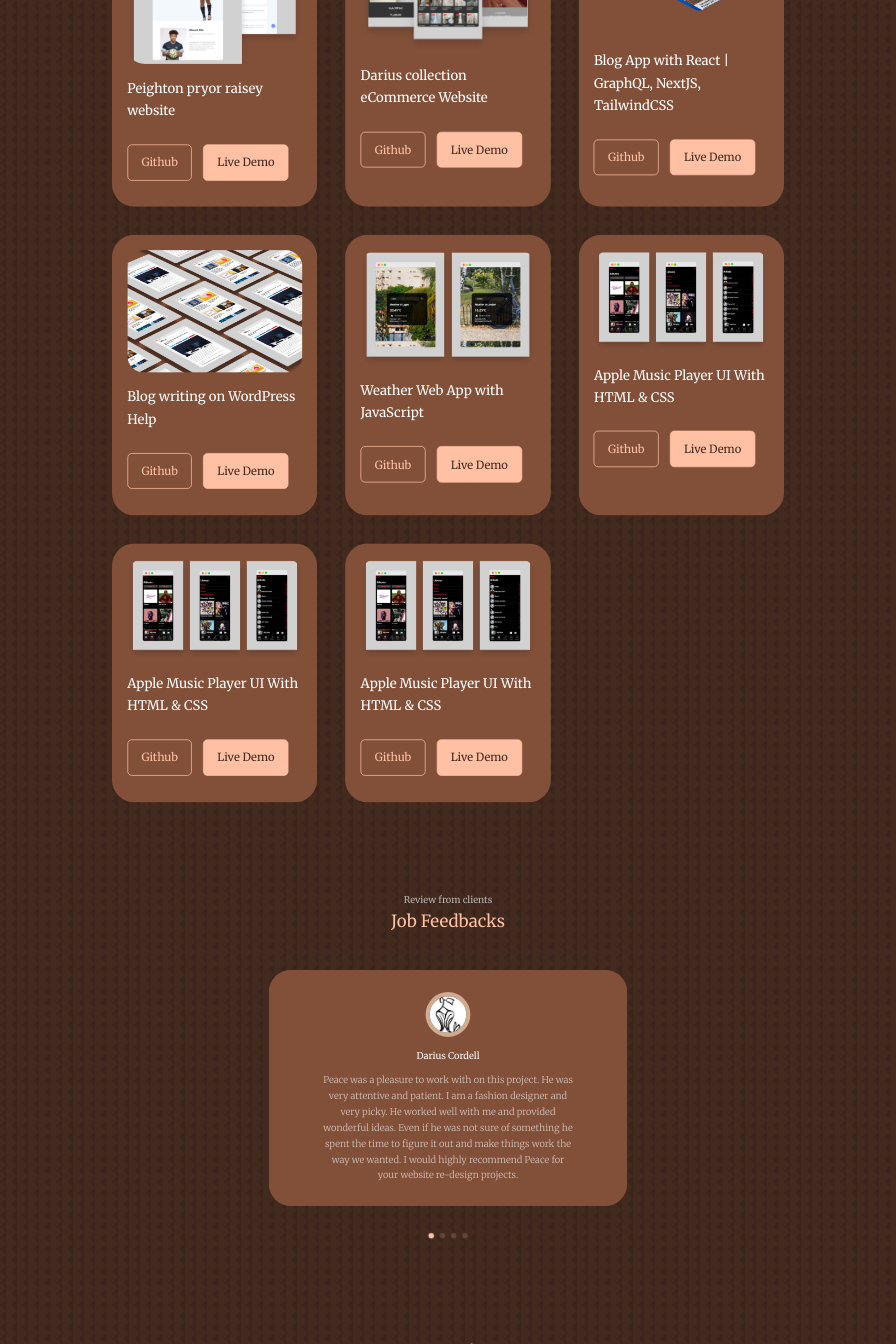
Repository: akinolapo/akinolapo-react
Page: /
An editor plug-in stored every save of this project. The page is shown before and after a run of saves, followed by the edit.
The browser window is 1280 px wide. The pictures show the part of the page from y = 3296 to 5216 px (the page is 6419 px tall), at 70% of full size.
The project was rebuilt for these pictures with package versions that can differ from the ones it lists, and the page was loaded fresh each time.

Above is the page before, as saved 2023-06-12 15:34:16.

After the next 4 saves:
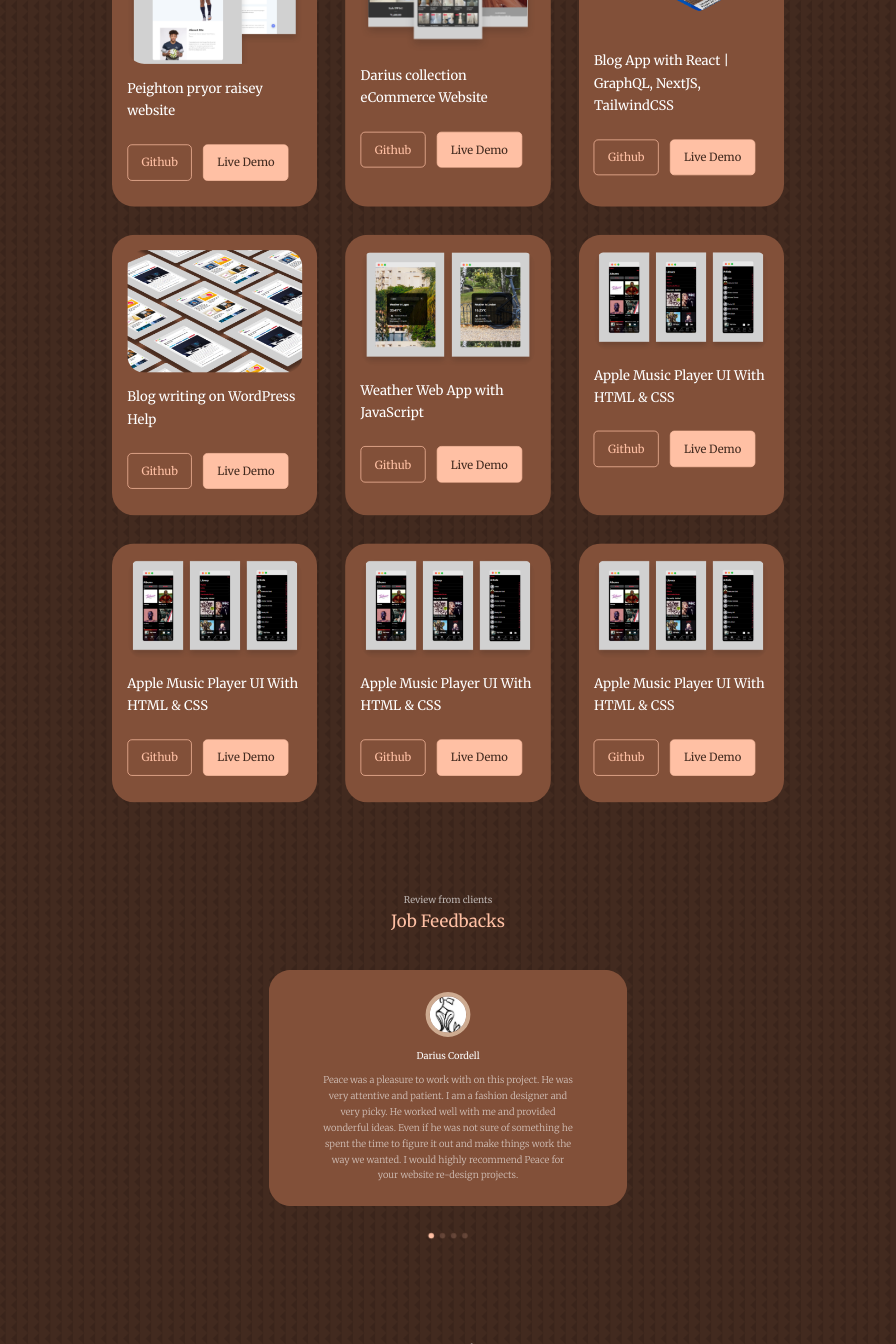
The 4 saves are shown as one change because they came seconds apart.
The last was saved 12 s later.
--- a/src/components/portfolio/portfolio.jsx
+++ b/src/components/portfolio/portfolio.jsx
@@ -47,14 +47,21 @@ const data =[
   demo: 'https://ios-music-player.netlify.app/'
 },
 {
-  id: 6,
+  id: 7,
   image: process.env.PUBLIC_URL+`assets/portfolio6.png`,
   title: 'Apple Music Player UI With HTML & CSS',
   github: 'https://github.com/akinolapo/ios-music-player',
   demo: 'https://ios-music-player.netlify.app/'
 },
 {
-  id: 6,
+  id: 8,
+  image: process.env.PUBLIC_URL+`assets/portfolio6.png`,
+  title: 'Apple Music Player UI With HTML & CSS',
+  github: 'https://github.com/akinolapo/ios-music-player',
+  demo: 'https://ios-music-player.netlify.app/'
+},
+{
+  id: 9,
   image: process.env.PUBLIC_URL+`assets/portfolio6.png`,
   title: 'Apple Music Player UI With HTML & CSS',
   github: 'https://github.com/akinolapo/ios-music-player',
